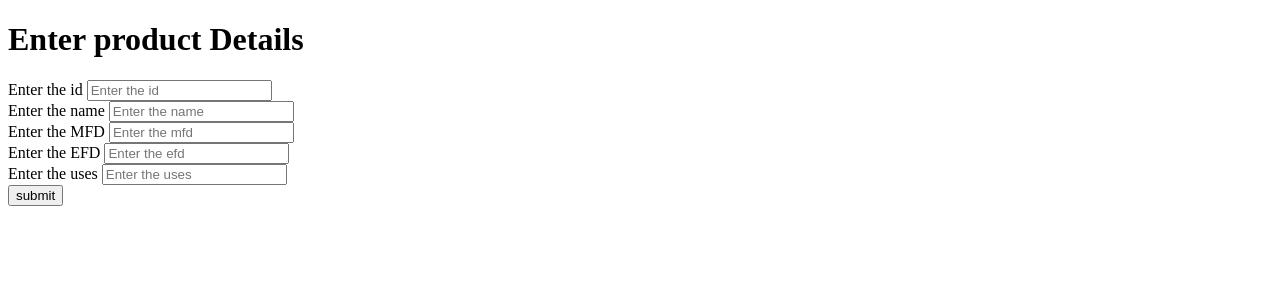
Repository: Anandnand/Web-Application
Page: http://localhost/addProduct
These files come from the project's save history. The page is drawn as it stood at one moment and after the next save; the edit follows.
The browser window is 1280 px wide. The pictures show the whole page.
The page is this project's Thymeleaf template; nobody is signed in. The template is opened directly, without the code that normally fills it, so the values that code supplies are empty.

Above is the page before, as saved 2024-03-24 12:44:39.

After the next save:
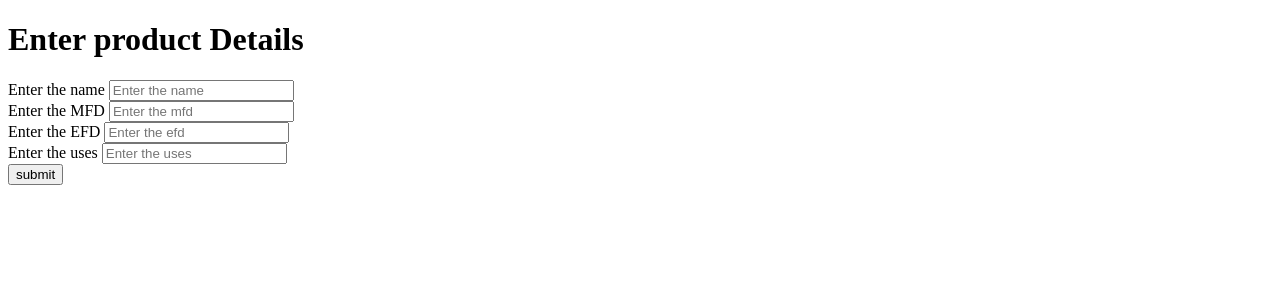
Saved 49 s later.
--- a/ProductItem/src/main/resources/templates/addProduct.html
+++ b/ProductItem/src/main/resources/templates/addProduct.html
@@ -10,9 +10,6 @@
 </div>
 <div id="container">
 <form action="/api/addProduct" method="post">
-<label>Enter the id</label>
-<input type="text" name="id" placeholder="Enter the id" class="pro"/>
-<br>
 <label>Enter the name</label>
 <input type="text" name="name" placeholder="Enter the name" class="pro"/>
 <br>

After the save that followed:
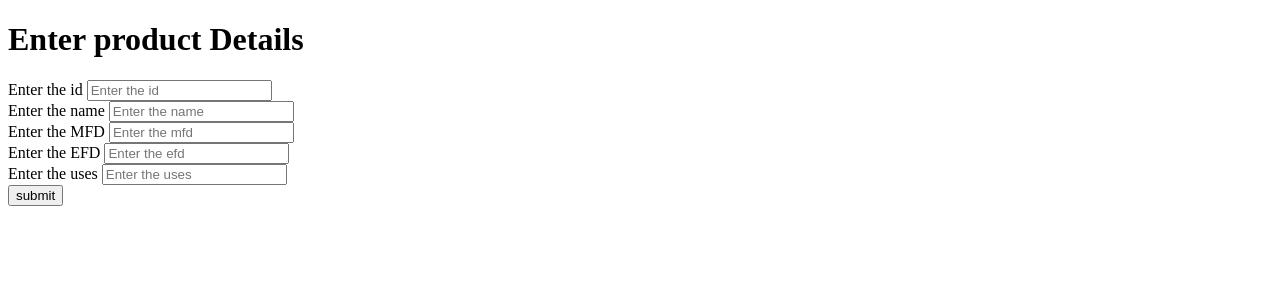
Saved 11 min 40 s later.
--- a/ProductItem/src/main/resources/templates/addProduct.html
+++ b/ProductItem/src/main/resources/templates/addProduct.html
@@ -10,6 +10,9 @@
 </div>
 <div id="container">
 <form action="/api/addProduct" method="post">
+<label>Enter the id</label>
+<input type="text" name="id" placeholder="Enter the id" class="pro"/>
+<br>
 <label>Enter the name</label>
 <input type="text" name="name" placeholder="Enter the name" class="pro"/>
 <br>
